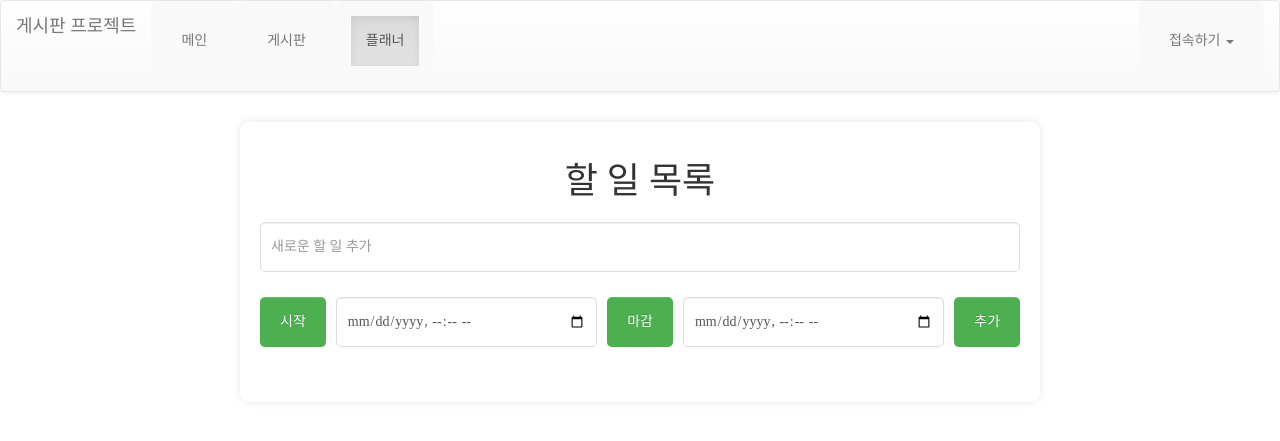
Repository: Seok7975/JSP-Education
Page: http://localhost/ToDoList공유_게시판/planner/planner.jsp
An editor plug-in stored every save of this project. The page is shown before and after the next save, followed by the edit.
The browser window is 1280 px wide. The pictures show the whole page.
Some web fonts or font styles are not loaded; a fallback is used. Some web libraries are served in a nearby version. The page is served by Tomcat 9.

Above is the page before, as saved 2024-06-17 05:05:37.

After the next save:
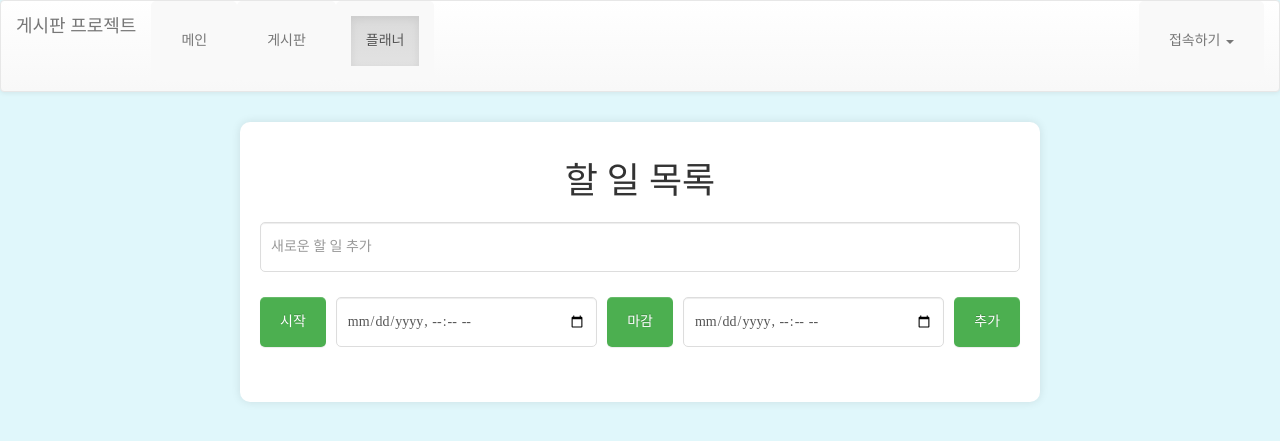
Saved 3 min 35 s later.
--- a/List_Projects_ver2/ToDoList공유 게시판/src/main/webapp/todolistCss/todolistStyle.css
+++ b/List_Projects_ver2/ToDoList공유 게시판/src/main/webapp/todolistCss/todolistStyle.css
@@ -1,6 +1,6 @@
 @charset "UTF-8";
 body {
-    /* background-color: #e0f7fa; */ /* 생동감 있는 옅은 파란색 배경 */
+     background-color: #e0f7fb;  /* 생동감 있는 옅은 파란색 배경 */
 }
 
 .todo-container {
